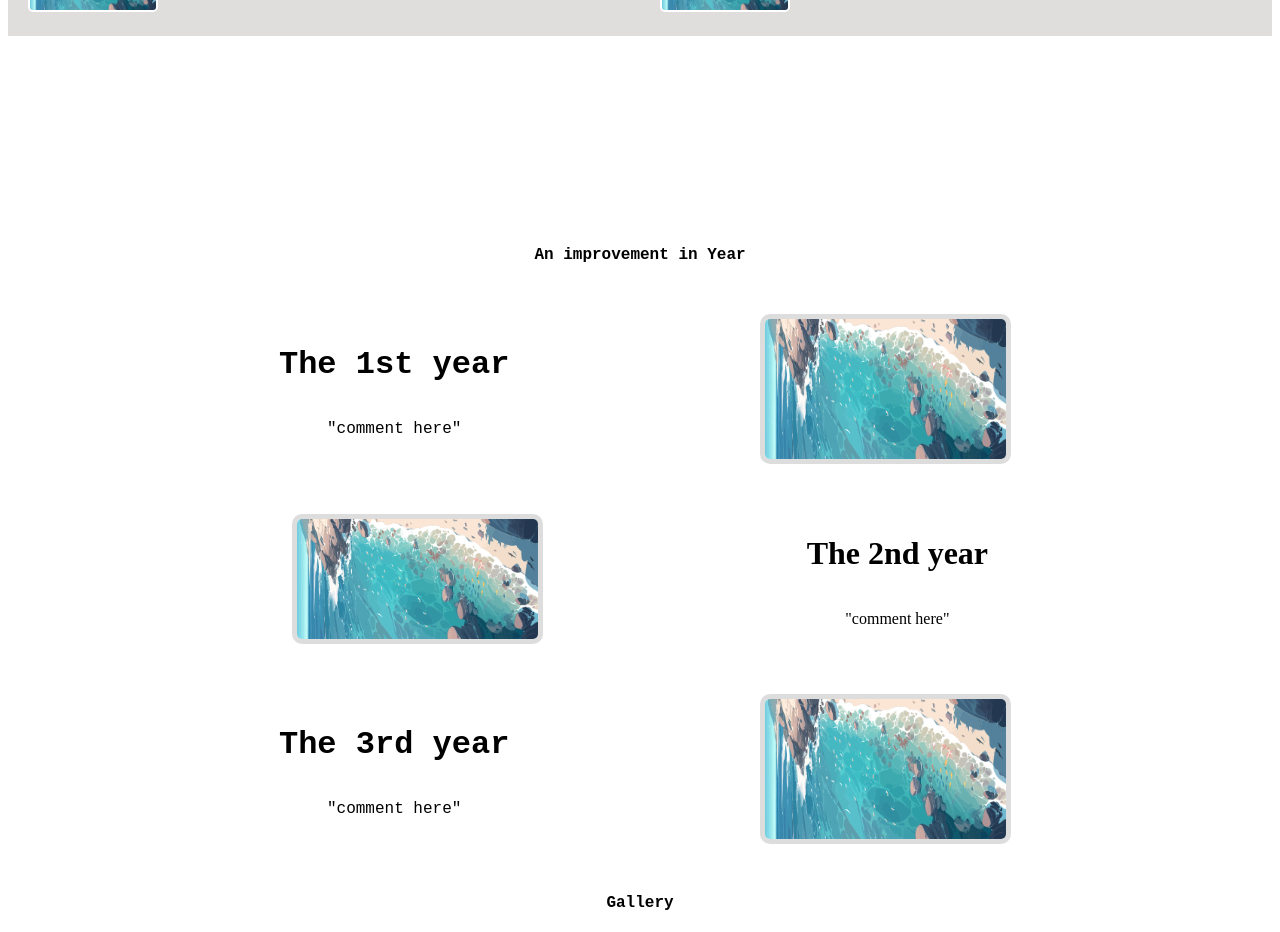
Repository: kittipichcha/Port1
Page: page2.html
The author's editor kept a copy of each file at every save. The page is drawn from the files as they stood at one save, then again after the next save.
The browser window is 1280 px wide. The pictures show the part of the page from y = 1234 to 2186 px (the page is 2166 px tall before and 2186 px after).
A picture or video elsewhere on the page could not be fetched, so the positions and the page height are approximate.

Above is the page before, as saved 2024-10-14 12:05:39.

After the next save:
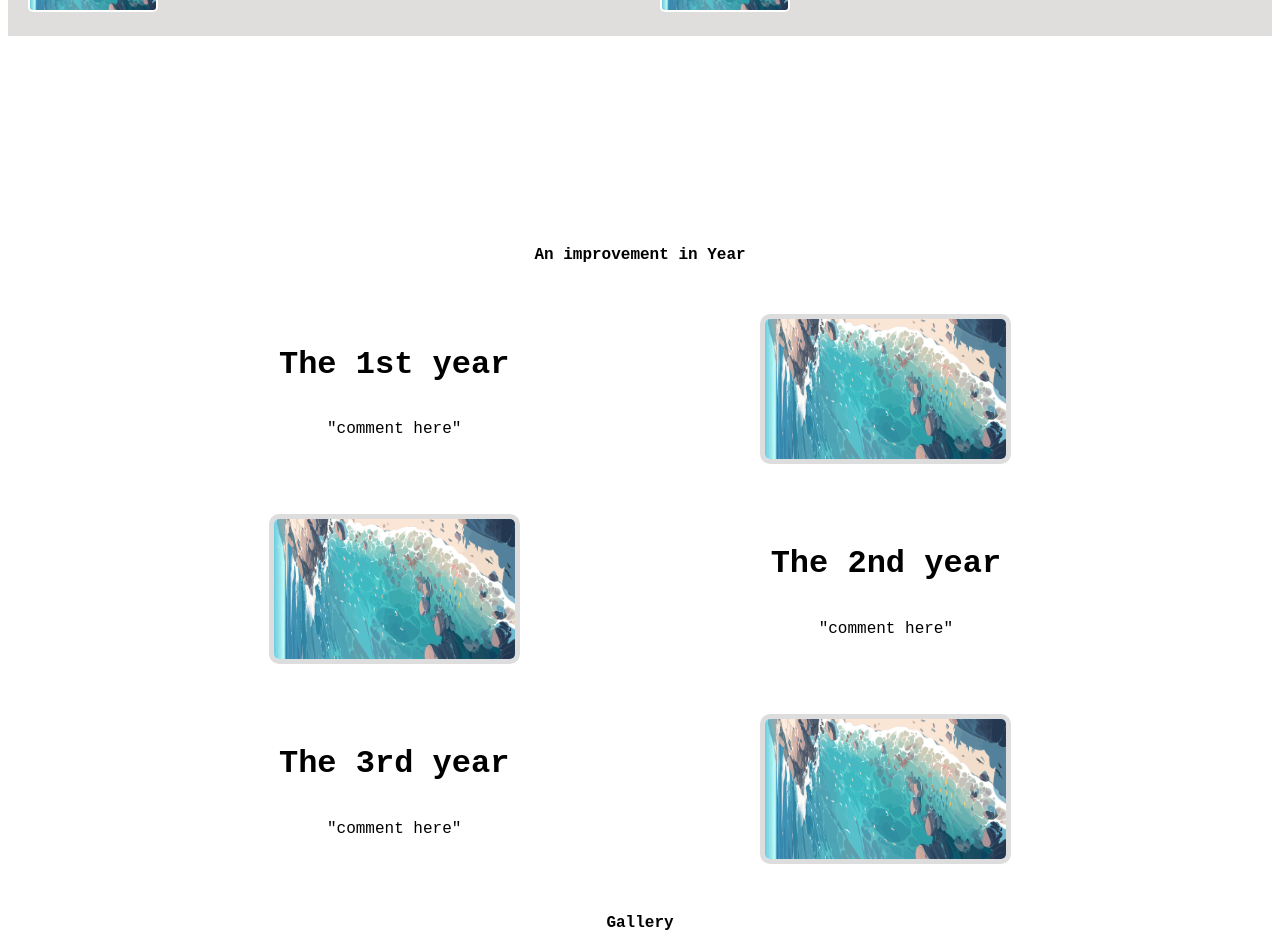
Saved 42 s later.
--- a/style.css
+++ b/style.css
@@ -128,7 +128,7 @@ nav ul li a:hover {
     justify-content: flex-start;
 }
 
-.topicAndPara:nth-child(1) {
+.topicAndPara:nth-child(n+1) {
     color: #000000;
     font-size: medium;
     font-family: 'Courier New', monospace;
